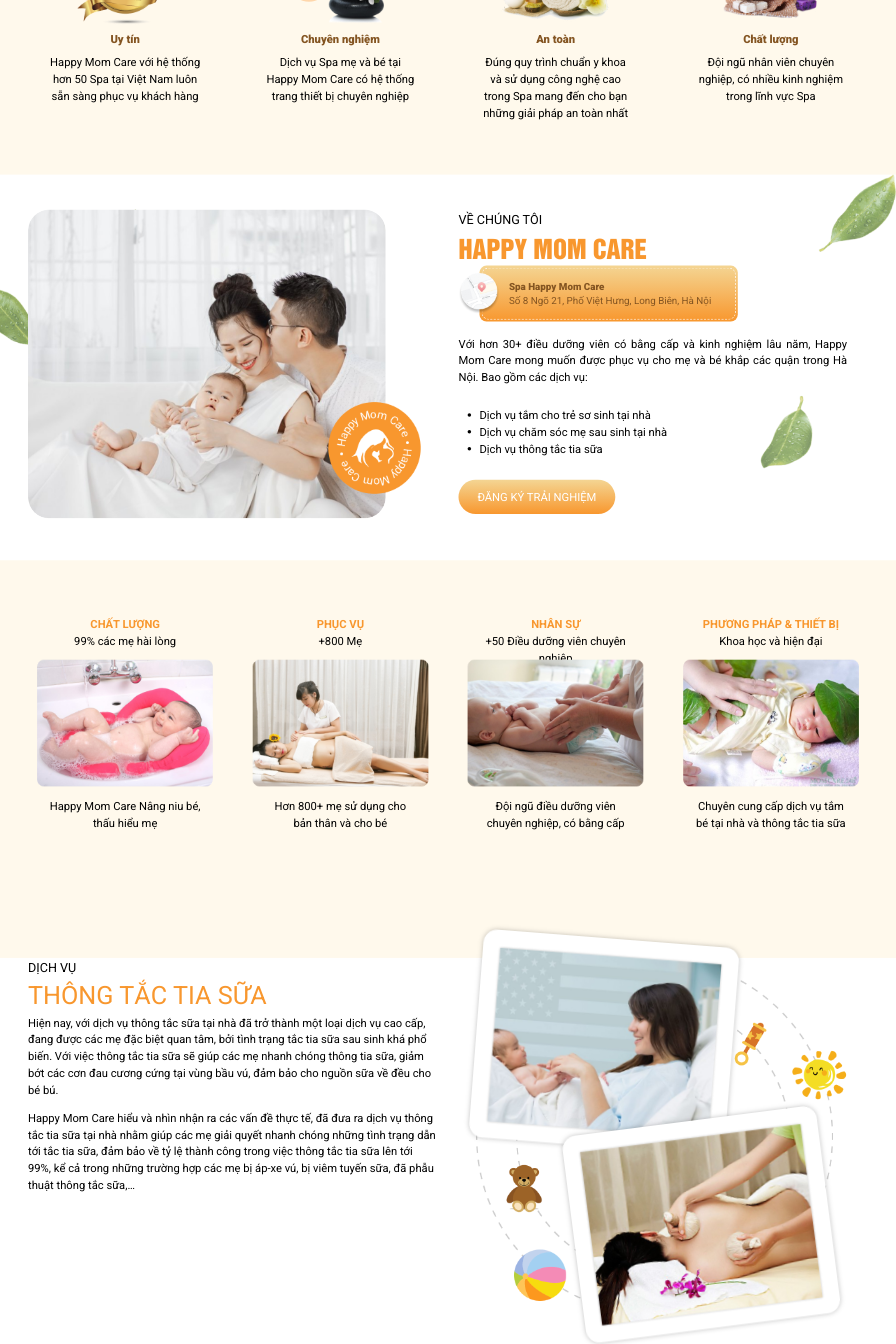
Repository: haianh12082001/happymom
Page: index.html
An editor plug-in stored every save of this project. The page is shown before and after the next save, followed by the edit.
The browser window is 1280 px wide. The pictures show the part of the page from y = 869 to 2789 px (the page is 2789 px tall), at 70% of full size.
Some web libraries are served in a nearby version. The style sheet was rebuilt from its Sass, Less or Tailwind sources for each picture, by a compiler version that may differ from the author's.

Above is the page before, as saved 2021-11-16 10:08:11.

### index.html
<!DOCTYPE html>
<html lang="en">
    <head>
        <meta charset="UTF-8" />
        <meta http-equiv="X-UA-Compatible" content="IE=edge" />
        <meta name="viewport" content="width=device-width, initial-scale=1.0" />
        <title>Document</title>
        <link href="https://fonts.googleapis.com/css2?family=Roboto:wght@300;400;500;700;900&display=swap" rel="stylesheet" />
        <link rel="stylesheet" href="./assets/fonts/fontawesome-free-5.15.3/css/all.min.css" />
        <link
            rel="stylesheet"
            href="https://cdn.jsdelivr.net/npm/bootstrap@4.6.0/dist/css/bootstrap.min.css"
            integrity="sha384-B0vP5xmATw1+K9KRQjQERJvTumQW0nPEzvF6L/Z6nronJ3oUOFUFpCjEUQouq2+l"
            crossorigin="anonymous"
        />
        <link rel="stylesheet" href="./assets/css/app.css" />
    </head>
    <body>
        <div class="topbar">
            <div class="topbar__container container">
                <div class="topbar__logo">
                    <img src="./assets/img/logo.png" alt="" />
                </div>
                <div class="topbar__openTime">
                    <div class="openTime__text">Giờ mở cửa</div>
                    <div class="openTime__time">8h00 - 16h00</div>
                </div>
                <div class="topbar__seach">
                    <input type="text" name="" id="" placeholder="Tìm kiếm" />
                    <button class="button__seach">
                        <i class="fas fa-search r"></i>
                    </button>
                </div>
                <div class="topbar__hotline">
                    <div class="hotline__icon">
                        <img src="./assets/img/icon__phone.png" alt="" />
                    </div>
                    <div class="hotline__text">
                        <p class="hotline__text--top">Hotline:</p>
                        <p class="hotline__text--bottom">0944 430 977</p>
                    </div>
                </div>
                <div class="topbar__book">
                    <div class="book__icon">
                        <i class="fas fa-calendar-alt"></i>
                    </div>
                    <p class="book__text">Đặt lịch hẹn</p>
                </div>
            </div>
        </div>
        <header class="header">
            <div class="header__container container">
                <ul class="header__list">
                    <li class="header__item">
                        <a href="#" class="header__link">Trang chủ</a>
                    </li>
                    <li class="header__item">
                        <a href="#" class="header__link">Giới thiệu</a>
                    </li>
                    <li class="header__item">
                        <a href="#" class="header__link">Dịch vụ</a>
                    </li>
                    <li class="header__item">
                        <a href="#" class="header__link">Khoá học</a>
                    </li>
                    <li class="header__item">
                        <a href="#" class="header__link">Hệ thống đại lý</a>
                    </li>
                    <li class="header__item">
                        <a href="#" class="header__link">Tin tức</a>
                    </li>
                    <li class="header__item">
                        <a href="#" class="header__link">Liên hệ</a>
                    </li>
                </ul>
                <ul class="header__social">
                    <li>
                        <a href="#">
                            <i class="fab fa-facebook-f"></i>
                        </a>
                    </li>
                    <li>
                        <a href="#">
                            <i class="fab fa-twitter"></i>
                        </a>
                    </li>
                    <li>
                        <a href="#">
                            <i class="fab fa-google-plus-g"></i>
                        </a>
                    </li>
                    <li>
                        <a href="#">
                            <i class="fab fa-skype"></i>
                        </a>
                    </li>
                </ul>
            </div>
        </header>
        <section class="banner">
            <div class="banner__content">
                <div class="banner__img">
                    <img src="./assets/img/banner/Rectangle 28.png" alt="" />
                </div>
                <!-- <div class="banner__phone">
                    <div class="icon">
                        <i class="fas fa-phone-alt"></i>
                    </div>
                    <div class="text">0944 430 977</div>
                </div> -->
            </div>
        </section>
        <section class="bannerAdv">
            <div class="bannerAdv__container container">
                <div class="row">
                    <div class="bannerAdv__item col-lg-3">
                        <div class="bannerAdv__item--top">
                            <div class="text">01</div>
                            <img src="./assets/img/bannerAdv/pngwing 6.png" alt="" />
                        </div>
                        <div class="bannerAdv__item--bottom">
                            <div class="name">Uy tín</div>
                            <p class="des">Happy Mom Care với hệ thống hơn 50 Spa tại Việt Nam luôn sẵn sàng phục vụ khách hàng</p>
                        </div>
                    </div>
                    <div class="bannerAdv__item col-lg-3">
                        <div class="bannerAdv__item--top">
                            <div class="text">02</div>
                            <img src="./assets/img/bannerAdv/pngwing 8.png" alt="" />
                        </div>
                        <div class="bannerAdv__item--bottom">
                            <div class="name">Chuyên nghiệm</div>
                            <p class="des">Dịch vụ Spa mẹ và bé tại Happy Mom Care có hệ thống trang thiết bị chuyên nghiệp</p>
                        </div>
                    </div>
                    <div class="bannerAdv__item col-lg-3">
                        <div class="bannerAdv__item--top">
                            <div class="text">03</div>
                            <img src="./assets/img/bannerAdv/pngwing 9.png" alt="" />
                        </div>
                        <div class="bannerAdv__item--bottom">
                            <div class="name">An toàn</div>
                            <p class="des">Đúng quy trình chuẩn y khoa và sử dụng công nghệ cao trong Spa mang đến cho bạn những giải pháp an toàn nhất</p>
                        </div>
                    </div>
                    <div class="bannerAdv__item col-lg-3">
                        <div class="bannerAdv__item--top">
                            <div class="text">04</div>
                            <img src="./assets/img/bannerAdv/pngwing 10.png" alt="" />
                        </div>
                        <div class="bannerAdv__item--bottom">
                            <div class="name">Chất lượng</div>
                            <p class="des">Đội ngũ nhân viên chuyên nghiệp, có nhiều kinh nghiệm trong lĩnh vực Spa</p>
                        </div>
                    </div>
                </div>
            </div>
        </section>
        <section class="introduce">
            <div class="introduce__container container">
                <div class="row">
                    <div class="col-lg-6">
                        <div class="introduce__img">
                            <img src="./assets/img/Rectangle 33.png" alt="" />
                        </div>
                    </div>
                    <div class="col-lg-6">
                        <div class="introduce__heading">Về chúng tôi</div>
                        <div class="introduce__name">Happy mom care</div>
                        <div class="introduce__address">
                            <div class="introduce__address--img">
                                <img src="./assets/img/Ellipse 29.png" alt="" />
                            </div>
                            <div class="introduce__address--text">
                                <p>Spa Happy Mom Care</p>
                                <span>Số 8 Ngõ 21, Phố Việt Hưng, Long Biên, Hà Nội</span>
                            </div>
                        </div>
                        <div class="introduce__text">
                            <p>
                                Với hơn 30+ điều dưỡng viên có bằng cấp và kinh nghiệm lâu năm, Happy Mom Care mong muốn được phục vụ cho mẹ và bé khắp các quận
                                trong Hà Nội. Bao gồm các dịch vụ:
                            </p>
                            <ul class="text__list">
                                <li>Dịch vụ tắm cho trẻ sơ sinh tại nhà</li>
                                <li>Dịch vụ chăm sóc mẹ sau sinh tại nhà</li>
                                <li>Dịch vụ thông tắc tia sữa</li>
                            </ul>
                        </div>
                        <div class="introduce__btn">
                            <a href="">Đăng ký trải nghiệm</a>
                        </div>
                    </div>
                </div>
            </div>
        </section>
        <section class="blog">
            <div class="blog__container container">
                <div class="row">
                    <div class="blog__item col-lg-3">
                        <div class="blog__name">Chất lượng</div>
                        <div class="blog__subname">99% các mẹ hài lòng</div>
                        <div class="blog__img">
                            <img src="./assets/img/blog/Rectangle 35 (3).png" alt="" />
                        </div>
                        <div class="blog__des">Happy Mom Care Nâng niu bé, thấu hiểu mẹ</div>
                        <div class="blog__btn btn">
                            <a href="">Tìm hiểu thêm</a>
                            <img class="blog__btn--img" src="./assets/img/blog/plant 1.png" alt="" />
                        </div>
                    </div>
                    <div class="blog__item col-lg-3">
                        <div class="blog__name">Phục vụ</div>
                        <div class="blog__subname">+800 Mẹ</div>
                        <div class="blog__img">
                            <img src="./assets/img/blog/Rectangle 35 (4).png" alt="" />
                        </div>
                        <div class="blog__des">Hơn 800+ mẹ sử dụng cho bản thân và cho bé</div>
                        <div class="blog__btn btn">
                            <a href="">Tìm hiểu thêm</a>
                            <img class="blog__btn--img" src="./assets/img/blog/plant 1.png" alt="" />
                        </div>
                    </div>
                    <div class="blog__item col-lg-3">
                        <div class="blog__name">Nhân sự</div>
                        <div class="blog__subname">+50 Điều dưỡng viên chuyên nghiệp</div>
                        <div class="blog__img">
                            <img src="./assets/img/blog/Rectangle 35 (5).png" alt="" />
                        </div>
                        <div class="blog__des">Đội ngũ điều dưỡng viên chuyên nghiệp, có bằng cấp</div>
                        <div class="blog__btn btn">
                            <a href="">Tìm hiểu thêm</a>
                            <img class="blog__btn--img" src="./assets/img/blog/plant 1.png" alt="" />
                        </div>
                    </div>
                    <div class="blog__item col-lg-3">
                        <div class="blog__name">PHƯƠNG PHÁP & THIẾT BỊ</div>
                        <div class="blog__subname">Khoa học và hiện đại</div>
                        <div class="blog__img">
                            <img src="./assets/img/blog/Rectangle 35 (6).png" alt="" />
                        </div>
                        <div class="blog__des">Chuyên cung cấp dịch vụ tắm bé tại nhà và thông tắc tia sữa</div>
                        <div class="blog__btn btn">
                            <a href="">Tìm hiểu thêm</a>
                            <img class="blog__btn--img" src="./assets/img/blog/plant 1.png" alt="" />
                        </div>
                    </div>
                </div>
            </div>
        </section>
        <seaction class="serviceOne">
            <div class="serviceOne__container container">
                <div class="row">
                    <div class="col-lg-6 serviceOne__left">
                        <div class="service__title">Dịch vụ</div>
                        <div class="service__name">Thông tắc tia sữa</div>
                        <p>
                            Hiện nay, với dịch vụ thông tắc sữa tại nhà đã trở thành một loại dịch vụ cao cấp, đang được các mẹ đặc biệt quan tâm, bởi tình
                            trạng tắc tia sữa sau sinh khá phổ biến. Với việc thông tắc tia sữa sẽ giúp các mẹ nhanh chóng thông tia sữa, giảm bớt các cơn đau
                            cương cứng tại vùng bầu vú, đảm bảo cho nguồn sữa về đều cho bé bú.
                        </p>
                        <p>
                            Happy Mom Care hiểu và nhìn nhận ra các vấn đề thực tế, đã đưa ra dịch vụ thông tắc tia sữa tại nhà nhằm giúp các mẹ giải quyết
                            nhanh chóng những tình trạng dẫn tới tắc tia sữa, đảm bảo về tỷ lệ thành công trong việc thông tắc tia sữa lên tới 99%, kể cả trong
                            những trường hợp các mẹ bị áp-xe vú, bị viêm tuyến sữa, đã phẫu thuật thông tắc sữa,…
                        </p>
                    </div>
                    <div class="col-lg-6 serviceOne__right">
                        <div class="bigCircle__img">
                            <img src="./assets/img/serviceOne/Group 392.png" alt="" />
                        </div>
                        <div class="serviceOne__img--top">
                            <img src="./assets/img/serviceOne/Rectangle 37 (1).png" alt="" />
                        </div>
                        <div class="serviceOne__img--bottom">
                            <img src="./assets/img/serviceOne/Rectangle 38 (1).png" alt="" />
                        </div>
                    </div>
                </div>
            </div>
        </seaction>
        <script type="text/javascript" src="https://code.jquery.com/jquery-1.11.0.min.js"></script>
        <script type="text/javascript" src="https://code.jquery.com/jquery-migrate-1.2.1.min.js"></script>
        <script
            src="https://cdnjs.cloudflare.com/ajax/libs/bootstrap/4.6.0/js/bootstrap.min.js"
            integrity="sha512-XKa9Hemdy1Ui3KSGgJdgMyYlUg1gM+QhL6cnlyTe2qzMCYm4nAZ1PsVerQzTTXzonUR+dmswHqgJPuwCq1MaAg=="
            crossorigin="anonymous"
            referrerpolicy="no-referrer"
        ></script>
        <script type="text/javascript" src="https://cdn.jsdelivr.net/npm/slick-carousel@1.8.1/slick/slick.min.js"></script>
        <script src="./assets/js/main.js"></script>
    </body>
</html>

### assets/sass/app.scss
@import "variables";
@import "reset";
@import "global";
@import "topbar";
@import "header";
@import "banner";
@import "bannerAdv";
@import "introduce";
@import "blog";
@import "service";

### assets/sass/_variables.scss
$font-family: "Roboto", sans-serif;
$color-global: #f8972e;
$text-color: #000000;

### assets/sass/_reset.scss
html {
    box-sizing: border-box;
    scroll-behavior: smooth;
}
* {
    margin: 0;
    padding: 0;
}
*,
*:before,
*:after {
    box-sizing: border-box;
}
input,
textarea,
select,
button {
    outline: none;
}
input {
    line-height: normal;
    outline: none;
    box-shadow: none;
}
input:focus {
    outline: 0;
    border: none;
    box-shadow: none;
}
ul,
li {
    margin: 0;
    padding: 0;
    list-style: none;
}
label,
button {
    cursor: pointer;
}
a {
    text-decoration: none;
    &:hover {
        text-decoration: none;
    }
}
img {
    display: block;
    max-width: 100%;
}

### assets/sass/_global.scss
@font-face {
    font-family: "UTM";
    font-display: swap;
    src: url("../fonts/word/UTM\ HelvetIns.ttf") format("truetype");
}
@font-face {
    font-family: "Time";
    font-display: swap;
    src: url("../fonts/word/timesbd.ttf") format("truetype");
}
body {
    font-family: $font-family;
    margin: 0;
    padding: 0;
    width: 100%;
    font-size: 16px;
    color: $text-color;
}
.container {
    max-width: 1230px;
    margin: 0 auto;
    padding: 0 15px;
}

### assets/sass/_header.scss
.header {
    // height: 59px;
    background: $color-global;
    &__container {
        display: flex;
        justify-content: space-between;
        align-items: center;
    }
    &__list {
        display: flex;
        justify-content: space-between;
        text-transform: uppercase;
        align-items: center;
        // column-gap: 66px;
    }
    &__item {
        margin-left: 66px;
        padding: 16px 0;
        &:first-child {
            margin-left: 0;
        }
    }
    &__link {
        color: #fff;
        font-weight: 500;
    }
    &__social {
        display: flex;
        align-items: center;
        li {
            width: 31px;
            height: 31px;
            background: #fff;
            border-radius: 50%;
            margin-left: 8px;
            i {
                display: flex;
                height: 100%;
                justify-content: center;
                align-items: center;
            }
        }
    }
}

### assets/sass/_banner.scss
.banner {
    position: relative;
    &__img img {
        width: 100%;
        max-height: 598px;
    }
    &__phone {
        color: #845522;
        display: flex;
        .text {
            font-family: "UTM";
        }
    }
}

### assets/sass/_bannerAdv.scss
.bannerAdv {
    background: #fff9ec;
    padding: 25px 0 60px;
    &__container {
    }
    &__item {
        padding: 0px 46px;
        display: flex;
        flex-direction: column;
        align-items: center;
        &--top {
            position: relative;
            display: inline-block;
            max-width: 180px;
            height: 207px;

            .text {
                color: #ffd7ab;
                font-size: 180px;
                font-weight: 700;
                font-family: "Time";
                line-height: 206px;
            }
            img {
                position: absolute;
                bottom: 10px;
                left: 50%;
                transform: translateX(-50%);
            }
        }
        &--bottom {
            text-align: center;
            .name {
                color: #845522;
                margin-bottom: 9px;
                font-weight: 900;
            }
        }
    }
}

### assets/sass/_blog.scss
.blog {
    padding-top: 40px;
    padding-bottom: 60px;
    background: #fff9ec;
    &__item {
        padding: 40px 28px 55px 28px;
    }
    &__name {
        text-align: center;
        text-transform: uppercase;
        color: $color-global;
        font-weight: 700;
    }
    &__subname {
        text-align: center;
        // margin-bottom: 13px;
        height: 38px;
    }
    &__des {
        text-align: center;
        padding: 17px;
        display: -webkit-box;
        -webkit-line-clamp: 2;
        -webkit-box-orient: vertical;
        overflow: hidden;
        text-overflow: ellipsis;
        word-break: break-word;
        // height: 59px;
    }
    &__btn {
        text-align: center;
        margin-top: 10px;
        position: relative;
        display: inherit;
        visibility: hidden;
        a {
            padding: 15px 28px 11px 28px;
            background: linear-gradient(180deg, #f4d593 0%, #f8972e 100%);
            border-radius: 50px;
            text-transform: uppercase;
            color: #fff;
            font-weight: 500;
            box-shadow: 0 3px 0px rgba($color: #c2611c, $alpha: 1);
        }
        &--img {
            position: absolute;
            bottom: 0;
            right: 0;
            transform: translateX(25%);
        }
    }
    &__item:hover {
        box-shadow: 0px 0px 20px rgba(239, 206, 168, 0.5);
        border-radius: 20px;
        .blog__btn {
            visibility: initial;
        }
    }
}

### assets/sass/_service.scss
.service {
    &__title {
        text-transform: uppercase;
        font-size: 18px;
    }
    &__name {
        text-transform: uppercase;
        font-size: 36px;
        color: $color-global;
    }
}
.serviceOne {
    &__right {
        padding: 0 40px;
        position: relative;
    }
    &__img--top {
        position: absolute;
        top: -28px;
        // left: 0;
        padding: 20px;
        filter: drop-shadow(0px 0px 4px rgba(0, 0, 0, 0.25));
        transform: rotate(4.47deg);
        border-radius: 20px;
        background: #fff;
        img {
            width: 326px;
            height: 258px;
            // object-fit: cover;
        }
    }
    &__img--bottom {
        position: absolute;
        bottom: -20px;
        right: 70px;
        padding: 20px;
        filter: drop-shadow(0px 0px 4px rgba(0, 0, 0, 0.25));
        transform: rotate(-7.32deg);
        border-radius: 20px;
        background: #fff;
        img {
            width: 326px;
            height: 258px;
        }
    }
}

Loaded but not shown: assets/fonts/fontawesome-free-5.15.3/css/all.min.css (library); assets/sass/_introduce.scss (117 lines, source omitted); assets/sass/_topbar.scss (95 lines, source omitted); assets/js/main.js (no copy from this time; the picture is the same without it)

After the next save:
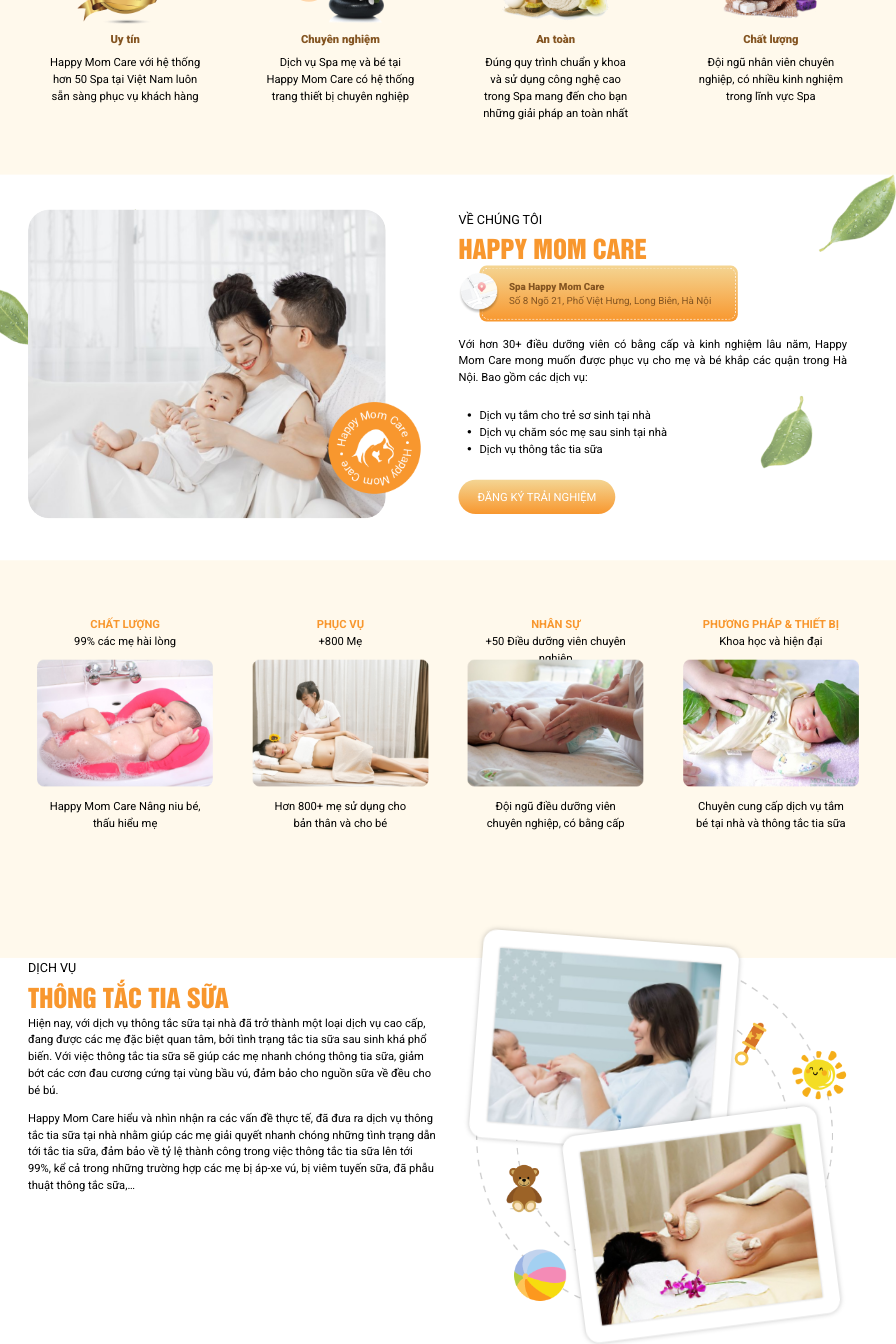
Saved 15 s later.
--- a/assets/sass/_service.scss
+++ b/assets/sass/_service.scss
@@ -7,6 +7,7 @@
         text-transform: uppercase;
         font-size: 36px;
         color: $color-global;
+        font-family: "UTM";
     }
 }
 .serviceOne {
